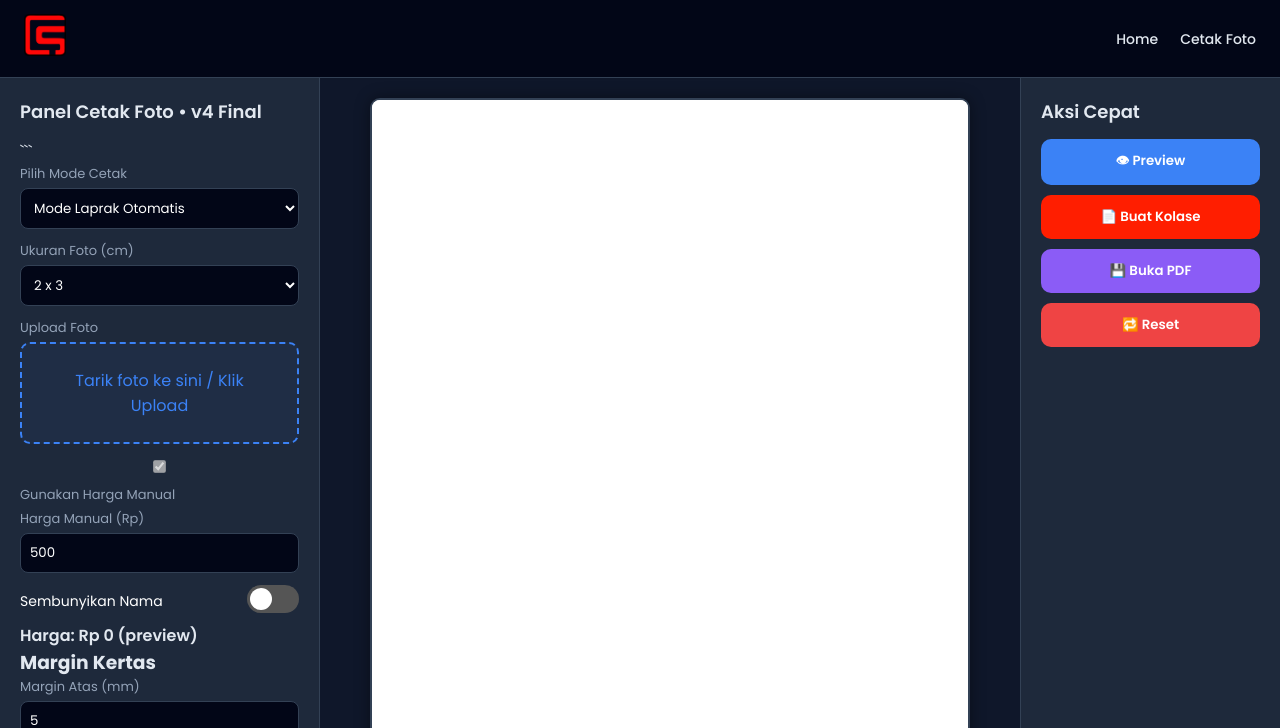
Repository: procinema22/hiisedulurfc
Page: cetakfoto.html
These files come from the project's save history. The page is drawn as it stood at one moment and after the next save; the edit follows.
The browser window is 1280 px wide. The pictures show the whole page.
An inner scrolling area shows only its first screen.

Above is the page before, as saved 2026-04-27 21:32:09.

### cetakfoto.html
<!DOCTYPE html>

<html lang="id">
<head>
<meta charset="UTF-8">
<meta name="viewport" content="width=device-width, initial-scale=1.0">
<title>SEDULUR FOTO COPY – Cetak Foto</title>
<link rel="icon" type="image/png" href="img/loggo/sdlr.png">
<link href="https://fonts.googleapis.com/css2?family=Poppins:wght@400;500;600;700&display=swap" rel="stylesheet">
<link rel="stylesheet" href="css/cetak.css">
<script src="https://cdn.jsdelivr.net/npm/exif-js"></script>
<script src="https://cdnjs.cloudflare.com/ajax/libs/jspdf/2.5.1/jspdf.umd.min.js"></script>
</head>
<body>
<header>
  <div class="logo"><a href="index.html"><img src="img/loggo/sdlr.png" alt="Sedulur Foto Copy"></a></div>
  <nav>
    <ul>
      <li><a href="index.html">Home</a></li>
      <li><a href="cetakfoto.html" class="active">Cetak Foto</a></li>
    </ul>
  </nav>
</header>
<div class="layout">
  <aside class="left-panel">
    <h2 class="section-title">Panel Cetak Foto • v4 Final</h2>

```
<label>Pilih Mode Cetak</label>
<select id="modeSelect">
  <option value="normal">Mode Laprak Otomatis</option>
  <option value="perfoto">Mode Pas Foto</option>
  <option value="circle">Mode Lingkaran</option>
</select>

<div id="circleControls" style="display:none;">
  <label>Diameter Lingkaran (cm)</label>
  <input id="circleDiameter" type="number" value="4">
</div>

<label>Ukuran Foto (cm)</label>
<select id="sizeSelect">
  <option value="2x3">2 x 3</option>
  <option value="3x4">3 x 4</option>
  <option value="4x6">4 x 6</option>
  <option value="5x5">5 x 5</option>
  <option value="6x9">6 x 9</option>
  <option value="10x15">10 x 15</option>
  <option value="custom">Custom</option>
</select>

<div id="customSize" style="display:none; gap:10px;">
  <input id="customW" type="number" placeholder="Lebar (cm)">
  <input id="customH" type="number" placeholder="Tinggi (cm)">
</div>

<label>Upload Foto</label>
<div id="dropArea" class="drop-area">Tarik foto ke sini / Klik Upload</div>
<input id="upload" type="file" multiple accept="image/*" hidden>

<label class="inline-check"><input type="checkbox" id="manualHargaCheckbox"> Gunakan Harga Manual</label>

<div id="manualHargaBox" style="display:none;">
  <label>Harga Manual (Rp)</label>
  <input id="manualHargaInput" type="number" value="500" min="500" step="500">
</div>

<div class="switch-wrap">
  <span>Sembunyikan Nama</span>
  <label class="switch">
    <input type="checkbox" id="hideInfo">
    <span class="slider"></span>
  </label>
</div>

<div class="price" id="priceDisplay">Harga: Rp 0</div>
<div id="batchList"></div>

<h3 class="mini-title">Margin Kertas</h3>
<label>Margin Atas (mm)</label><input id="marginTop" type="number" value="5">
<label>Margin Bawah (mm)</label><input id="marginBottom" type="number" value="5">
<label>Margin Kiri (mm)</label><input id="marginLeft" type="number" value="5">
<label>Margin Kanan (mm)</label><input id="marginRight" type="number" value="5">
<label>Gap antar foto (px)</label><input id="gap" type="number" value="20">

<label>Nama Pelanggan</label>
<input id="userName" type="text" placeholder="Nama pelanggan">

<label class="inline-check"><input type="checkbox" id="laprakMode"> Mode Laprak Manual</label>

<div id="laprakControls" style="display:none;">
  <label>Nama Laprak</label>
  <input type="text" id="laprakName">
  <label>Harga Laprak (Rp)</label>
  <input type="number" id="laprakPrice" value="2000">
</div>

<label class="inline-check"><input type="checkbox" checked disabled> Hubungi admin untuk menghilangkan watermark</label>
```

  </aside>

  <section class="center-panel">
    <canvas id="canvas" width="1240" height="1754"></canvas>
    <div class="page-nav" id="pageNav" style="display:none;">
      <button id="prevPage">⬅</button>
      <div id="pageIndicator">Halaman 1 / 1</div>
      <button id="nextPage">➡</button>
    </div>
  </section>

  <aside class="right-panel">
    <h2 class="section-title">Aksi Cepat</h2>
    <button id="previewBtn" class="btn blue">👁 Preview</button>
    <button id="generateBtn" class="btn green">📄 Buat Kolase</button>
    <button id="downloadPdf" class="btn purple">💾 Buka PDF</button>
    <button id="reset" class="btn red">🔁 Reset</button>
  </aside>
</div>
<div id="loadingOverlay"><div class="loader"></div><p>Memproses... tunggu sebentar ya</p></div>
<div id="toast"></div>
<script src="js/script.js"></script>

### css/cetak.css
/* ============ ROOT & GLOBAL ============ */
:root {
    --bg: #0f172a;
    --card: #1e293b;
    --border: #334155;
    --text: #e2e8f0;
    --muted: #94a3b8;
    --blue: #3b82f6;
    --green: #ff1e00;
    --purple: #8b5cf6;
    --red: #ef4444;
    --shadow: rgba(0,0,0,.4);
  }

  *{
    margin:0;
    padding:0;
    box-sizing:border-box;
    font-family:"Poppins",sans-serif;
  }

  body{
    background:var(--bg);
    color:var(--text);
    overflow-x:hidden;
  }

  /* ============ HEADER / NAVBAR ============ */
  header{
    display:flex;
    align-items:center;
    justify-content:space-between;
    padding:14px 24px;
    background:#020617;
    border-bottom:1px solid var(--border);
  }

  header .logo img{
    height:42px;
  }

  header nav ul{
    display:flex;
    gap:22px;
    list-style:none;
  }

  header nav ul li a{
    color:var(--text);
    text-decoration:none;
    font-size:14px;
    font-weight:500;
  }

  header nav ul li a:hover{
    color:var(--green);
  }

  .search-box{
    display:flex;
    gap:6px;
  }

  .search-box input{
    padding:6px 10px;
    border-radius:8px;
    background:#020617;
    border:1px solid var(--border);
    color:white;
  }

  /* ============ LAYOUT ============ */
  .layout{
    display:grid;
    grid-template-columns:320px 1fr 260px;
    height:calc(100vh - 70px);
  }

  /* ============ LEFT PANEL ============ */
  .left-panel{
    background:var(--card);
    padding:20px;
    border-right:1px solid var(--border);
    overflow-y:auto;
  }

  .left-panel label{
    font-size:13px;
    color:var(--muted);
    margin-bottom:4px;
    display:block;
  }

  .left-panel input,
  .left-panel select{
    width:100%;
    padding:9px;
    border-radius:8px;
    border:1px solid var(--border);
    background:#020617;
    color:white;
    margin-bottom:12px;
  }

  .section-title{
    font-size:18px;
    font-weight:600;
    margin-bottom:14px;
  }

  /* DROP AREA */
  .drop-area{
    border:2px dashed var(--blue);
    padding:24px;
    text-align:center;
    border-radius:10px;
    color:var(--blue);
    background:rgba(59,130,246,.05);
    cursor:pointer;
    margin-bottom:15px;
  }

  .drop-area:hover{
    background:rgba(59,130,246,.15);
  }

  /* PRICE */
  .price{
    font-size:16px;
    font-weight:600;
    margin-top:6px;
  }

  /* ============ CENTER PANEL ============ */
  .center-panel{
    padding:20px;
    display:flex;
    flex-direction:column;
    align-items:center;
    overflow-y:auto;
  }

  canvas{
    width:100%;
    max-width:600px;
    background:white;
    border-radius:10px;
    border:2px solid var(--border);
    box-shadow:0 0 15px var(--shadow);
  }

  /* PAGE NAV */
  .page-nav{
    display:flex;
    gap:14px;
    margin-top:12px;
  }

  .page-nav button{
    padding:8px 14px;
    border:none;
    border-radius:8px;
    background:var(--blue);
    color:white;
    cursor:pointer;
  }

  /* ============ RIGHT PANEL ============ */
  .right-panel{
    background:var(--card);
    padding:20px;
    border-left:1px solid var(--border);
    overflow-y:auto;
  }

  .btn{
    width:100%;
    padding:12px;
    border:none;
    border-radius:10px;
    font-weight:600;
    cursor:pointer;
    margin-bottom:10px;
    color:white;
  }

  .blue{background:var(--blue)}
  .green{background:var(--green)}
  .purple{background:var(--purple)}
  .red{background:var(--red)}

  /* ============ LOADER & TOAST ============ */
  #loadingOverlay{
    position:fixed;
    inset:0;
    background:rgba(0,0,0,.7);
    display:none;
    flex-direction:column;
    justify-content:center;
    align-items:center;
    z-index:9999;
  }

  .loader{
    width:60px;
    height:60px;
    border-radius:50%;
    border:6px solid #fff;
    border-top:6px solid var(--blue);
    animation:spin 1s linear infinite;
  }

  @keyframes spin{
    to{transform:rotate(360deg)}
  }

  #toast{
    position:fixed;
    bottom:20px;
    right:20px;
    padding:12px 18px;
    background:var(--card);
    border-left:5px solid var(--blue);
    border-radius:10px;
    opacity:0;
    transition:.3s;
    z-index:10000;
  }

  #toast.show{
    opacity:1;
    transform:translateY(-6px);
  }

  /* ============ PRINT A4 MODE ============ */
  @media print{
    header,
    .left-panel,
    .right-panel,
    .page-nav,
    #toast,
    #loadingOverlay{
      display:none !important;
    }

    body{
      background:white;
      overflow:visible;
    }

    .layout{
      display:block;
      height:auto;
    }

    canvas{
      width:210mm !important;
      height:297mm !important;
      max-width:none;
      border:none;
      box-shadow:none;
      border-radius:0;
    }
  }

  @page{
    size:A4;
    margin:10mm;
  }
  .btn-logout {
    background: #e53935;
    color: #fff;
    border: none;
    padding: 8px 14px;
    border-radius: 6px;
    cursor: pointer;
    font-weight: 600;
  }

  .btn-logout:hover {
    background: #c62828;
  }
  .switch-wrap{
    display:flex;
    align-items:center;
    justify-content:space-between;
    gap:12px;
    color:#fff;
    font-size:14px;
  }

  .switch{
    position:relative;
    display:inline-block;
    width:52px;
    height:28px;
  }

  .switch input{
    opacity:0;
    width:0;
    height:0;
  }

  .slider{
    position:absolute;
    inset:0;
    background:#555;
    border-radius:50px;
    transition:.3s;
    cursor:pointer;
  }

  .slider:before{
    content:"";
    position:absolute;
    width:22px;
    height:22px;
    left:3px;
    top:3px;
    background:white;
    border-radius:50%;
    transition:.3s;
  }

  .switch input:checked + .slider{
    background:#22c55e;
  }

  .switch input:checked + .slider:before{
    transform:translateX(24px);
  }
  .panel-box{
    background: linear-gradient(180deg,#18253d,#101827);
    border:1px solid rgba(255,255,255,.08);
    border-radius:18px;
    padding:18px;
    box-shadow:0 12px 30px rgba(0,0,0,.25);
  }

  .panel-box h3{
    font-size:18px;
    font-weight:700;
    color:#fff;
    margin-bottom:16px;
  }

  .group{
    margin-bottom:18px;
  }

  .group label{
    display:block;
    font-size:13px;
    color:#9fb3d9;
    margin-bottom:8px;
    font-weight:500;
  }

  .group input,
  .group select{
    width:100%;
    height:48px;
    border:none;
    outline:none;
    border-radius:14px;
    background:#06101f;
    color:#fff;
    padding:0 14px;
    font-size:16px;
    transition:.25s;
  }

  .group input:focus,
  .group select:focus{
    box-shadow:0 0 0 2px #3b82f6;
    transform:translateY(-1px);
  }

  .price-box{
    background:linear-gradient(90deg,#2563eb,#1d4ed8);
    padding:14px;
    border-radius:14px;
    color:#fff;
    font-weight:700;
    font-size:22px;
    text-align:center;
    margin:14px 0;
  }

  .divider{
    height:1px;
    background:rgba(255,255,255,.07);
    margin:18px 0;
  }

Loaded but not shown: js/script.js (985 lines, source omitted)

After the next save:
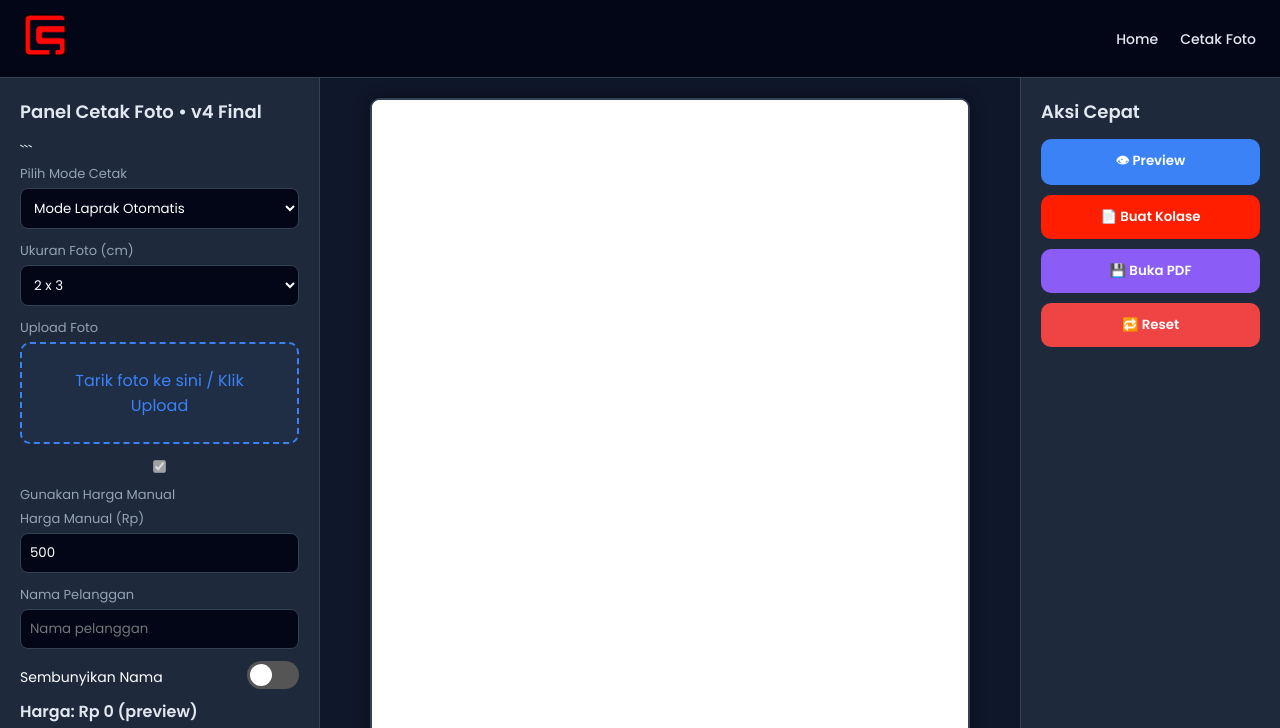
Saved 26 s later.
--- a/cetakfoto.html
+++ b/cetakfoto.html
@@ -64,6 +64,8 @@
   <label>Harga Manual (Rp)</label>
   <input id="manualHargaInput" type="number" value="500" min="500" step="500">
 </div>
+<label>Nama Pelanggan</label>
+<input id="userName" type="text" placeholder="Nama pelanggan">
 
 <div class="switch-wrap">
   <span>Sembunyikan Nama</span>
@@ -83,8 +85,7 @@
 <label>Margin Kanan (mm)</label><input id="marginRight" type="number" value="5">
 <label>Gap antar foto (px)</label><input id="gap" type="number" value="20">
 
-<label>Nama Pelanggan</label>
-<input id="userName" type="text" placeholder="Nama pelanggan">
+
 
 <label class="inline-check"><input type="checkbox" id="laprakMode"> Mode Laprak Manual</label>
 

After the save that followed:
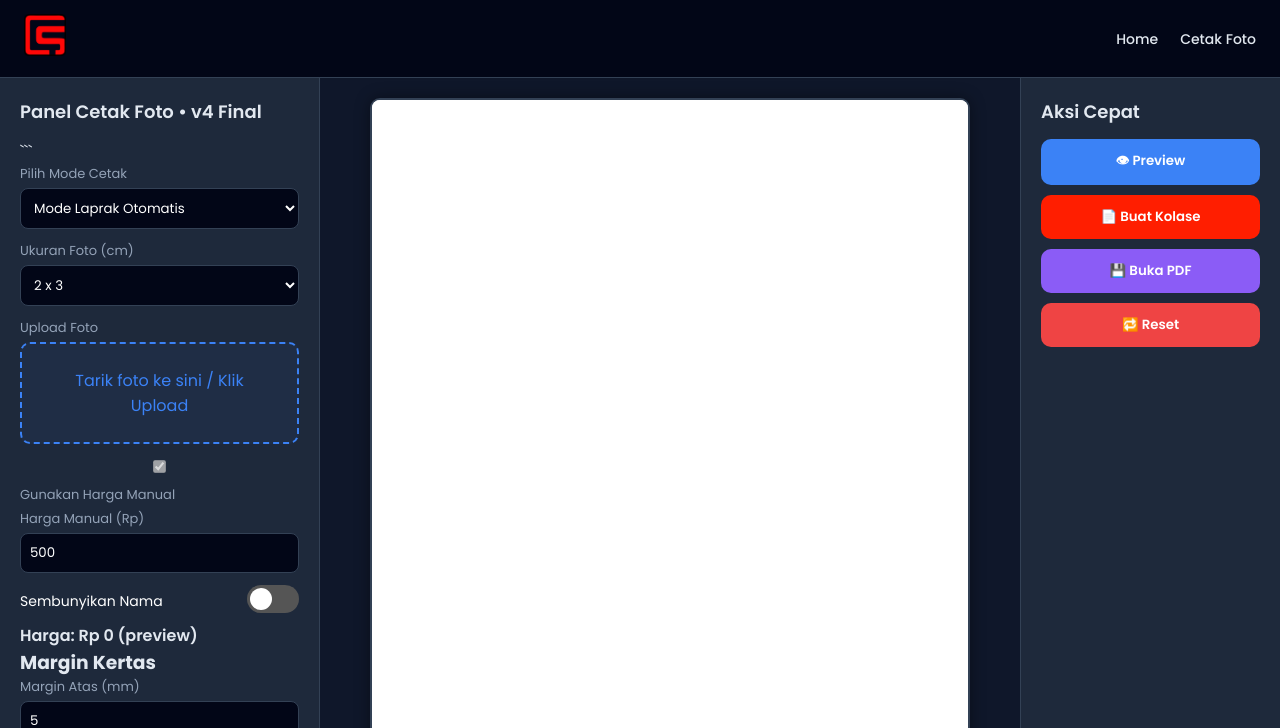
Saved 11 s later.
--- a/cetakfoto.html
+++ b/cetakfoto.html
@@ -64,8 +64,6 @@
   <label>Harga Manual (Rp)</label>
   <input id="manualHargaInput" type="number" value="500" min="500" step="500">
 </div>
-<label>Nama Pelanggan</label>
-<input id="userName" type="text" placeholder="Nama pelanggan">
 
 <div class="switch-wrap">
   <span>Sembunyikan Nama</span>
